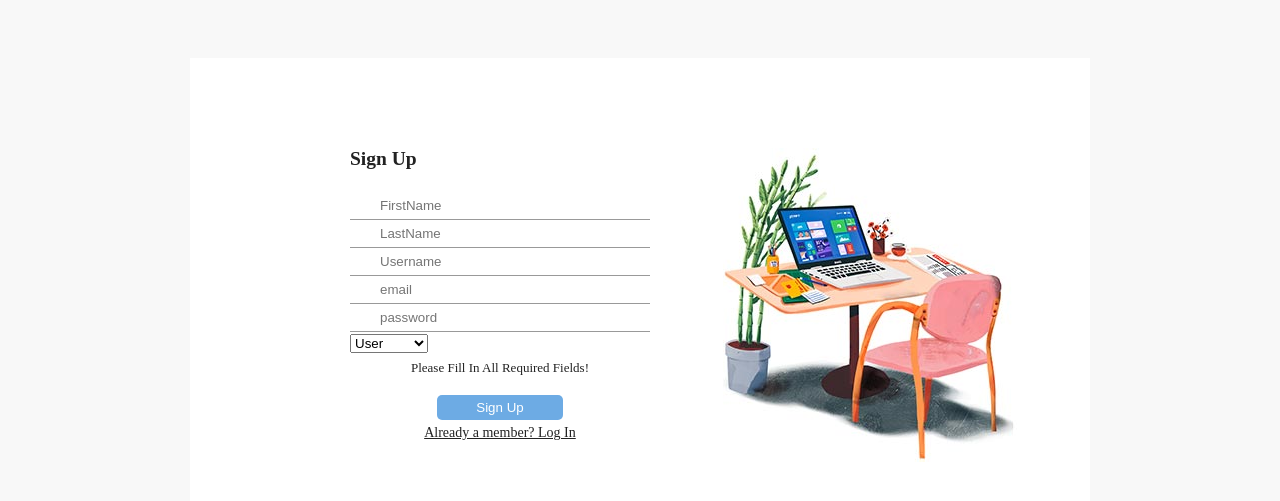
Repository: PhuongHuynh9987/Shopaholic-Ecommerce
Page: http://localhost/Shopaholic/createaccount.jsp
These files come from the project's save history. The page is drawn as it stood at one moment and after a run of saves; the edit follows.
The browser window is 1280 px wide. The pictures show the whole page.
The page is served by Tomcat 9.

Above is the page before, as saved 2024-01-29 23:03:12.

After the next 2 saves:
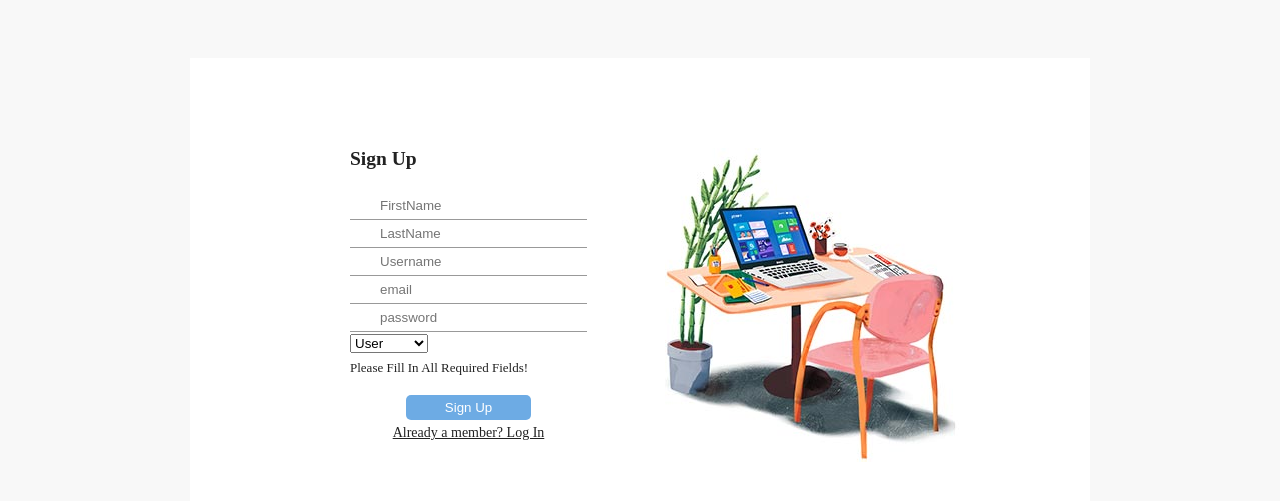
The 2 saves are shown as one change because they came seconds apart.
The last was saved 26 s later.
--- a/Shopaholic/src/main/webapp/createaccount.jsp
+++ b/Shopaholic/src/main/webapp/createaccount.jsp
@@ -84,8 +84,8 @@
 
 
 							<!-- Submit button -->
+							<span class="emptyField">Please Fill In All Required Fields!</span>
 							<div class="form-group form-button">
-								<span class="emptyField">Please Fill In All Required Fields!</span>
 								<input type="submit" name = 'signin' id="signin" class ="form-submit" value ="Sign Up" />
 							</div>
 						</form>
